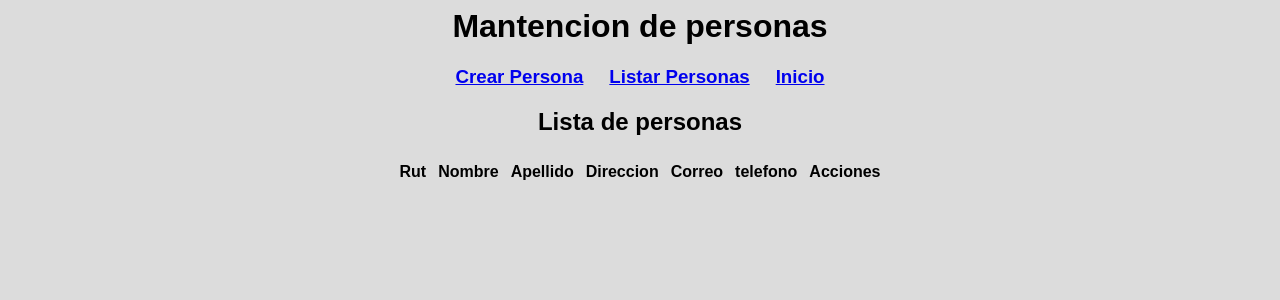
Repository: miguelalvarezcl/examen
Page: http://localhost/CtaCorriente/listPersonabd
These files come from the project's save history. The page is drawn as it stood at one moment and after the next save; the edit follows.
The browser window is 1280 px wide. The pictures show the whole page.
The page is served by Tomcat 9. Other server files are loaded and not shown. Queries for data that is not in the repository find no rows.

Above is the page before, as saved 2021-11-13 01:58:01.

### CtaCorriente/WebContent/ListaPersonas.jsp
<%@ page language="java" contentType="text/html; charset=UTF-8"
    pageEncoding="UTF-8"%>
<%@ taglib uri="http://java.sun.com/jsp/jstl/core" prefix="c" %>
<html>
<head>
    <title>Banco Platinum</title>
</head>
<body>
    <center>
        <h1>Mantencion de personas</h1>
        <h3>
            <a href="/CtaCorriente/newpersona">Crear Persona</a>
            &nbsp;&nbsp;&nbsp;
            <a href="/CtaCorriente/listPersonabd">Listar Personas</a>
            &nbsp;&nbsp;&nbsp;
            <a href="/CtaCorriente/home.jsp">Inicio</a>
        </h3>
    </center>
    <div align="center">
        <table border="0" cellpadding="5">
            <h2>Lista de personas</h2>
            <tr>
                <th>Rut</th>
                <th>Nombre</th>
                <th>Apellido</th>
                <th>Direccion</th>
                <th>Correo</th>
                <th>telefono</th>
                <th>Acciones</th>

            </tr>
            <c:forEach var="personabd" items="${listPersonabd}">
                <tr>
                    <td><c:out value="${personabd.rut}" /></td>
                    <td><c:out value="${personabd.nombre}" /></td>
                    <td><c:out value="${personabd.apellido}" /></td>
                    <td><c:out value="${personabd.direccion}" /></td>
                    <td><c:out value="${personabd.correo}" /></td>
                    <td><c:out value="${personabd.telefono}" /></td>

                    <td>
                        <a href="/CtaCorriente/editpersona?rut=<c:out value='${personabd.rut}' />">Edit</a>
                        &nbsp;&nbsp;&nbsp;&nbsp;
                        <a href="/CtaCorriente/deletepersona?rut=<c:out value='${personabd.rut}' />">Delete</a>
                    </td>
                </tr>
            </c:forEach>
        </table>
    </div>
</body>
</html>

<style>
body{
	font-family: arial, helvetica;
	background: #DCDCDC;
}
</style>

### CtaCorriente/src/com/platinum/ControllerServlet.java
package com.platinum;

import java.io.IOException;
import java.sql.SQLException;
import java.util.List;

import javax.servlet.RequestDispatcher;
import javax.servlet.ServletException;
import javax.servlet.http.HttpServlet;
import javax.servlet.http.HttpServletRequest;
import javax.servlet.http.HttpServletResponse;


public class ControllerServlet extends HttpServlet {
    private static final long serialVersionUID = 1L;
    private UsuariobdDAO usuariobdDAO;
    private PersonabdDAO personabdDAO;
    private CuentabdDAO cuentabdDAO;
    private TransferenciaDAO transferenciaDAO;

    public void init() {
        String jdbcURL = getServletContext().getInitParameter("jdbcURL");
        String jdbcUsername = getServletContext().getInitParameter("jdbcUsername");
        String jdbcPassword = getServletContext().getInitParameter("jdbcPassword");

        usuariobdDAO = new UsuariobdDAO(jdbcURL, jdbcUsername, jdbcPassword);
        personabdDAO = new PersonabdDAO(jdbcURL, jdbcUsername, jdbcPassword);
        cuentabdDAO = new CuentabdDAO(jdbcURL, jdbcUsername, jdbcPassword);
        transferenciaDAO = new TransferenciaDAO(jdbcURL, jdbcUsername, jdbcPassword);

    }

    protected void doPost(HttpServletRequest request, HttpServletResponse response)
            throws ServletException, IOException {
        doGet(request, response);
    }

    protected void doGet(HttpServletRequest request, HttpServletResponse response)
            throws ServletException, IOException {
        String action = request.getServletPath();

        try {
            switch (action) {
            case "/new":
                showNewForm(request, response);
                break;
            case "/newpersona":
                showNewFormPersona(request, response);
                break;

            case "/newcuenta":
                showNewFormCuenta(request, response);
                break;

            case "/newtransferencia":
                showNewFormTransferencia(request, response);
                break;

            case "/insert":
                insertUsuariobd(request, response);
                break;

            case "/insertpersona":
                insertPersonabd(request, response);
                break;

            case "/insertcuenta":
                insertCuentabd(request, response);
                break;

            case "/inserttransferencia":
                insertTransferencia(request, response);
                break;
            case "/deletecuenta":
                deleteCuentabd(request, response);
                break;

            case "/deletepersona":
                deletePersonabd(request, response);
                break;
            case "/delete":
                deleteUsuariobd(request, response);
                break;
            case "/editpersona":
                showEditFormPersona(request, response);
                break;

            case "/editcuenta":
                showEditFormCuenta(request, response);
                break;

            case "/edit":
                showEditForm(request, response);
                break;
            case "/update":
                updateUsuariobd(request, response);
                break;
            case "/updatepersona":
                updatePersonabd(request, response);
                break;

            case "/updatecuenta":
                updateCuentabd(request, response);
                break;


            case "/listPersonabd":
            	listPersonabd(request, response);
                break;

            case "/listCuentabd":
            	//System.out.println("1");
            	listCuentabd(request, response);
                break;
            case "/listTransferencia":
            	listTransferencia(request, response);
                break;
            default:
                listUsuariobd(request, response);
                break;
            }
        } catch (SQLException ex) {
            throw new ServletException(ex);
        }
    }



    private void listTransferencia(HttpServletRequest request, HttpServletResponse response)
            throws SQLException, IOException, ServletException {


        List<Transferencia> listTransferencia = transferenciaDAO.listAllTransferencia();

        request.setAttribute("listTransferencia", listTransferencia);
        RequestDispatcher dispatcher = request.getRequestDispatcher("ListaTransferencia.jsp");
        dispatcher.forward(request, response);
    }

    private void listCuentabd(HttpServletRequest request, HttpServletResponse response)
            throws SQLException, IOException, ServletException {


        List<Cuentabd> listCuentabd = cuentabdDAO.listAllCuentabd();

        request.setAttribute("listCuentabd", listCuentabd);
        RequestDispatcher dispatcher = request.getRequestDispatcher("ListaCuentas.jsp");
        dispatcher.forward(request, response);
    }

    private void listPersonabd(HttpServletRequest request, HttpServletResponse response)
            throws SQLException, IOException, ServletException {

        List<Personabd> listPersonabd = personabdDAO.listAllPersonabd();

        request.setAttribute("listPersonabd", listPersonabd);
        RequestDispatcher dispatcher = request.getRequestDispatcher("ListaPersonas.jsp");
        dispatcher.forward(request, response);
    }

    private void listUsuariobd(HttpServletRequest request, HttpServletResponse response)
            throws SQLException, IOException, ServletException {
        List<Usuariobd> listUsuariobd = usuariobdDAO.listAllUsuariosbd();
        request.setAttribute("listUsuariobd", listUsuariobd);
        RequestDispatcher dispatcher = request.getRequestDispatcher("ListaUsuarios.jsp");
        dispatcher.forward(request, response);
    }


    private void showNewForm(HttpServletRequest request, HttpServletResponse response)
            throws ServletException, IOException {
        RequestDispatcher dispatcher = request.getRequestDispatcher("FormularioUsuario.jsp");
        dispatcher.forward(request, response);
    }

    private void showNewFormPersona(HttpServletRequest request, HttpServletResponse response)
            throws ServletException, IOException {
        RequestDispatcher dispatcher = request.getRequestDispatcher("FormularioPersona.jsp");
        dispatcher.forward(request, response);
    }

    private void showNewFormCuenta(HttpServletRequest request, HttpServletResponse response)
            throws ServletException, IOException {
        RequestDispatcher dispatcher = request.getRequestDispatcher("FormularioCuenta.jsp");
        dispatcher.forward(request, response);
    }

    private void showNewFormTransferencia(HttpServletRequest request, HttpServletResponse response)
            throws ServletException, IOException {
        RequestDispatcher dispatcher = request.getRequestDispatcher("FormularioTransferencia.jsp");
        dispatcher.forward(request, response);
    }


    private void showEditForm(HttpServletRequest request, HttpServletResponse response)
            throws SQLException, ServletException, IOException {
        int id = Integer.parseInt(request.getParameter("id"));
        Usuariobd existingUsuariobd = usuariobdDAO.getUsuariobd(id);
        RequestDispatcher dispatcher = request.getRequestDispatcher("FormularioUsuario.jsp");
        request.setAttribute("usuariobd", existingUsuariobd);
        dispatcher.forward(request, response);

    }

    private void showEditFormPersona(HttpServletRequest request, HttpServletResponse response)
            throws SQLException, ServletException, IOException {
        String rut = request.getParameter("rut");
        Personabd existingPersonabd = personabdDAO.getPersonabd(rut);
        RequestDispatcher dispatcher = request.getRequestDispatcher("FormularioPersona.jsp");
        request.setAttribute("personabd", existingPersonabd);
        dispatcher.forward(request, response);


    }

    private void showEditFormCuenta(HttpServletRequest request, HttpServletResponse response)
            throws SQLException, ServletException, IOException {
        int id = Integer.parseInt(request.getParameter("id"));
        Cuentabd existingCuentabd = cuentabdDAO.getCuentabd(id);
        RequestDispatcher dispatcher = request.getRequestDispatcher("FormularioCuenta.jsp");
        request.setAttribute("cuentabd", existingCuentabd);
        dispatcher.forward(request, response);


    }

    private void insertUsuariobd(HttpServletRequest request, HttpServletResponse response)
            throws SQLException, IOException {
        String nombreusuario = request.getParameter("nombreusuario");
        String password = request.getParameter("password");


        Usuariobd newUsuariobd = new Usuariobd(nombreusuario, password);
        usuariobdDAO.insertUsuariobd(newUsuariobd);
        response.sendRedirect("list");
    }

    private void insertPersonabd(HttpServletRequest request, HttpServletResponse response)
            throws SQLException, IOException {
    	String rut = request.getParameter("rut");
        String nombre = request.getParameter("nombre");
        String apellido = request.getParameter("apellido");
        String direccion = request.getParameter("direccion");
        String correo = request.getParameter("correo");
        String telefono = request.getParameter("telefono");

        Personabd newPersonabd = new Personabd(rut,nombre, apellido,direccion,correo,telefono);
        personabdDAO.insertPersonabd(newPersonabd);
        response.sendRedirect("listPersonabd");
    }

    private void insertTransferencia(HttpServletRequest request, HttpServletResponse response)
            throws SQLException, IOException {
        String rutpersona = request.getParameter("rutpersona");
        int idusuario = Integer.parseInt(request.getParameter("idusuario"));
        int idcuenta = Integer.parseInt(request.getParameter("idcuenta"));
        int montotransferencia = Integer.parseInt(request.getParameter("montotransferencia"));
        int cuentatransferencia = Integer.parseInt(request.getParameter("cuentatransferencia"));
        String tipocuenta = request.getParameter("tipocuenta");

        Transferencia newTransferencia = new Transferencia(rutpersona, idusuario,idcuenta,montotransferencia,cuentatransferencia,tipocuenta);
        transferenciaDAO.insertTransferencia(newTransferencia);
        response.sendRedirect("listTransferencia");
    }

    private void insertCuentabd(HttpServletRequest request, HttpServletResponse response)
            throws SQLException, IOException {
        String rutcliente = request.getParameter("rutcliente");
        String monto = request.getParameter("monto");
        String ejecutivo = request.getParameter("ejecutivo");

        Cuentabd newCuentabd = new Cuentabd(rutcliente, monto,ejecutivo);
        cuentabdDAO.insertCuentabd(newCuentabd);
        response.sendRedirect("listCuentabd");
    }


    private void updatePersonabd(HttpServletRequest request, HttpServletResponse response)
            throws SQLException, IOException {
        String rut = request.getParameter("rut");
        String nombre = request.getParameter("nombre");
        String apellido = request.getParameter("apellido");
        String direccion = request.getParameter("direccion");
        String correo = request.getParameter("correo");
        String telefono = request.getParameter("telefono");


        Personabd personabd = new Personabd(rut, nombre, apellido,direccion,correo,telefono);
        personabdDAO.updatePersonabd(personabd);
        response.sendRedirect("listPersonabd");
    }


    private void updateCuentabd(HttpServletRequest request, HttpServletResponse response)
            throws SQLException, IOException {
    	System.out.println("paso");

        String rutcliente = request.getParameter("rutcliente");
        String monto = request.getParameter("monto");
        String ejecutivo = request.getParameter("ejecutivo");
        int id = Integer.parseInt(request.getParameter("id"));
        Cuentabd cuentabd = new Cuentabd(id, rutcliente, monto , ejecutivo);
        System.out.println("paso2");
        cuentabdDAO.updateCuentabd(cuentabd);
        response.sendRedirect("listCuentabd");
    }


    private void updateUsuariobd(HttpServletRequest request, HttpServletResponse response)
            throws SQLException, IOException {
        int id = Integer.parseInt(request.getParameter("id"));
        String nombreusuario = request.getParameter("nombreusuario");
        String password = request.getParameter("password");


        Usuariobd usuariobd = new Usuariobd(id, nombreusuario, password);
        usuariobdDAO.updateUsuariobd(usuariobd);
        response.sendRedirect("list");
    }

    private void deleteUsuariobd(HttpServletRequest request, HttpServletResponse response)
            throws SQLException, IOException {
        int id = Integer.parseInt(request.getParameter("id"));

        Usuariobd usuariobd = new Usuariobd(id);
        usuariobdDAO.deleteUsuariobd(usuariobd);
        response.sendRedirect("list");

    }

    private void deletePersonabd(HttpServletRequest request, HttpServletResponse response)
            throws SQLException, IOException {
        String rut = request.getParameter("rut");

        Personabd personabd = new Personabd(rut);
        personabdDAO.deletePersonabd(personabd);
        response.sendRedirect("listPersonabd");
    }


    private void deleteCuentabd(HttpServletRequest request, HttpServletResponse response)
            throws SQLException, IOException {
        int id = Integer.parseInt(request.getParameter("id"));

        Cuentabd cuentabd = new Cuentabd(id);
        cuentabdDAO.deleteCuentabd(cuentabd);
        response.sendRedirect("listCuentabd");
    }



}

After the next save:
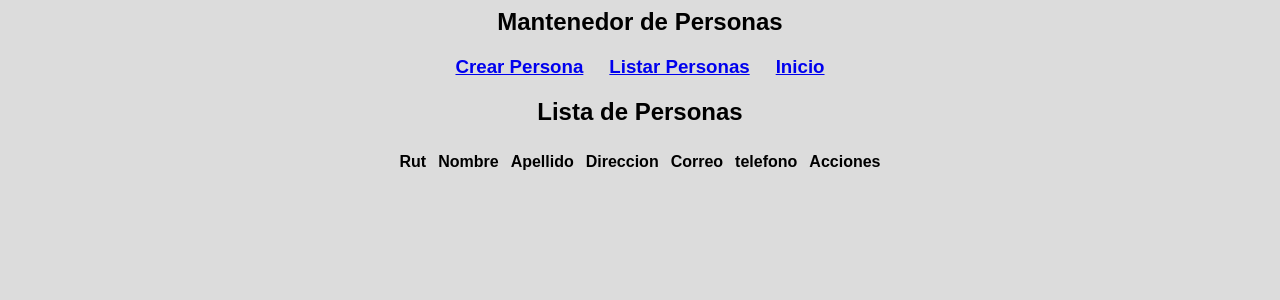
Saved 3 min 36 s later.
--- a/CtaCorriente/WebContent/ListaPersonas.jsp
+++ b/CtaCorriente/WebContent/ListaPersonas.jsp
@@ -7,7 +7,7 @@
 </head>
 <body>
     <center>
-        <h1>Mantencion de personas</h1>
+        <h2>Mantenedor de Personas</h2>
         <h3>
             <a href="/CtaCorriente/newpersona">Crear Persona</a>
             &nbsp;&nbsp;&nbsp;
@@ -18,7 +18,7 @@
     </center>
     <div align="center">
         <table border="0" cellpadding="5">
-            <h2>Lista de personas</h2>
+            <h2>Lista de Personas</h2>
             <tr>
                 <th>Rut</th>
                 <th>Nombre</th>
